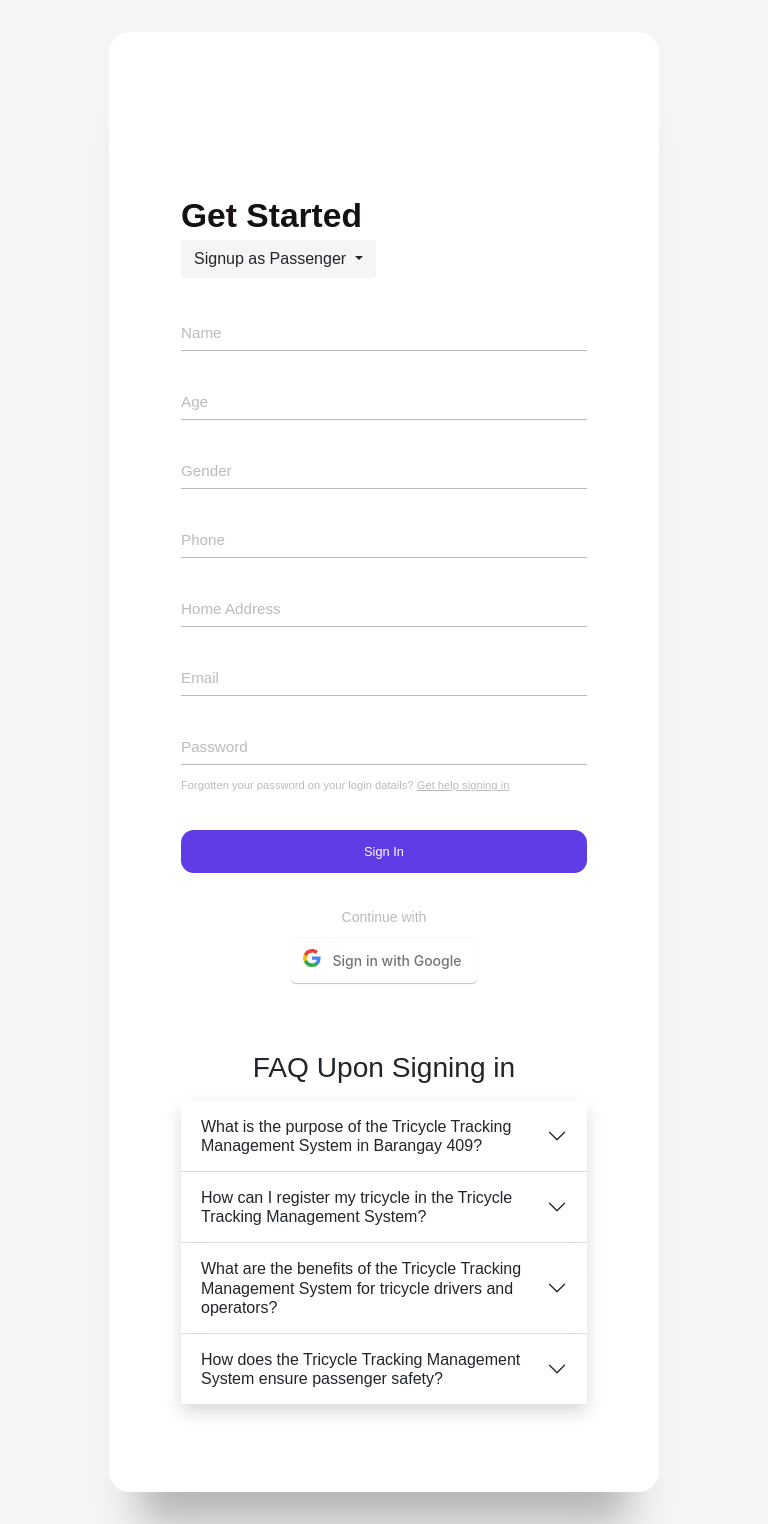
Repository: adrcstro/plate-to-place
Page: http://localhost/Loginsystem/Passenger.php
An editor plug-in stored every save of this project. The page is shown before and after the next save, followed by the edit.
The browser window is 768 px wide. The pictures show the whole page.
Some web fonts or font styles are not loaded; a fallback is used. Some web libraries are served in a nearby version. The page is run by PHP 8.4 with error messages shown; the project is at /var/www/html/.

Above is the page before, as saved 2023-10-31 15:46:45.

### Loginsystem/Passenger.php
<!DOCTYPE html>
<html lang="en">
<head>
    <meta charset="UTF-8">
    <meta name="viewport" content="width=device-width, initial-scale=1.0">
    <link rel="shortcut icon" type="x-icon" href="../images/webicon.png">
    <link rel="stylesheet" href="../css/bootstrap.min.css">
    <link rel="stylesheet" href="https://cdnjs.cloudflare.com/ajax/libs/font-awesome/6.3.0/css/all.min.css" integrity="sha512-SzlrxWUlpfuzQ+pcUCosxcglQRNAq/DZjVsC0lE40xsADsfeQoEypE+enwcOiGjk/bSuGGKHEyjSoQ1zVisanQ==" crossorigin="anonymous" referrerpolicy="no-referrer"/>
    <link rel="stylesheet" href="passenger.css">

    <title>Brangay409-3WHeel-Tracking-System</title>
</head>

<body>

<main>
      <div class="box">
        <div class="inner-box">
          <div class="forms-wrap">
            <form action="index.html" autocomplete="off" class="sign-in-form">

<script>
    function changeLoginType(type) {
        document.getElementById('loginDropdown').innerText = 'Login as ' + type;
    }
</script>
              <div class="heading">
                <h2>Get Started</h2>
                <h6>Already have an Account?</h6>
                <a href="login.php" class="loginaccount" data-target="img-2">Log in</a>
              </div>
              <div class="dropdown">
    <button class="btn dropdown-toggle" type="button" data-bs-toggle="dropdown" aria-expanded="false" id="loginDropdown">
        Signup as Passenger
    </button>
    <ul class="dropdown-menu">
        <li><a class="dropdown-item" href="Passenger.php" onclick="changeLoginType('Passenger')">Passenger</a></li>
        <li><a class="dropdown-item" href="Driverlogin.php" onclick="changeLoginType('Driver')">Driver</a></li>

    </ul>
</div>
<div class="formsignin">



              <div class="actual-form">
                <div class="input-wrap">
                  <input
                    type="text"
                    minlength="4"
                    class="input-field"
                    autocomplete="off"
                    required
                  />
                  <label>Name</label>
                </div>

                <div class="input-wrap">
                  <input
                    type="password"
                    minlength="4"
                    class="input-field"
                    autocomplete="off"
                    required
                  />
                  <label>Age</label>
                </div>

                <div class="input-wrap">
                  <input
                    type="text"
                    minlength="4"
                    class="input-field"
                    autocomplete="off"
                    required
                  />
                  <label>Gender</label>
                </div>

                <div class="input-wrap">
                  <input
                    type="text"
                    minlength="4"
                    class="input-field"
                    autocomplete="off"
                    required
                  />
                  <label>Phone</label>
                </div>
                <div class="input-wrap">
                  <input
                    type="text"
                    minlength="4"
                    class="input-field"
                    autocomplete="off"
                    required
                  />
                  <label>Home Address</label>
                </div>

                <div class="input-wrap">
                  <input
                    type="text"
                    minlength="4"
                    class="input-field"
                    autocomplete="off"
                    required
                  />
                  <label>Email</label>
                </div>
                <div class="input-wrap">
                  <input
                    type="text"
                    minlength="4"
                    class="input-field"
                    autocomplete="off"
                    required
                  />
                  <label>Password</label>
                </div>
                <p class="text">
                  Forgotten your password on your login datails?

                  <a href="Forgotpassword.php" data-target="img-2">Get help signing in</a>
                </p>
                <input type="submit" value="Sign In" class="sign-btn" />
                <h5 id="textcon">Continue with</h5>
                <button type="button" class="login-with-google-btn" >
                Sign in with Google
                 </button>
              </div>
              </div>
            </form>


          </div>
          <div class="carousel">
  <div class="images-wrapper">
    <img src="../images/Signup.svg" class="image img-2 show" alt="" />
  </div>

  <div class="col-md-12">
         <h2 class="mt-2 text-center" id="FAQ">FAQ Upon Signing in</h2>
         <div class="accordion accordion-flush p-2" id="accordionFlushExample">
          <div class="accordion-item bg-white shadow">
            <h2 class="accordion-header">
              <button class="accordion-button collapsed" type="button" data-bs-toggle="collapse" data-bs-target="#flush-collapseOne" aria-expanded="false" aria-controls="flush-collapseOne">
                What is the purpose of the Tricycle Tracking Management System in Barangay 409?
              </button>
            </h2>
            <div id="flush-collapseOne" class="accordion-collapse collapse" data-bs-parent="#accordionFlushExample">
              <div class="accordion-body">The Tricycle Tracking Management System aims to streamline tricycle operations and ensure passenger safety and efficient transportation services within the barangay.</div>
            </div>
          </div>
          <div class="accordion-item shadow">
            <h2 class="accordion-header">
              <button class="accordion-button collapsed" type="button" data-bs-toggle="collapse" data-bs-target="#flush-collapseTwo" aria-expanded="false" aria-controls="flush-collapseTwo">
                How can I register my tricycle in the Tricycle Tracking Management System?
              </button>
            </h2>
            <div id="flush-collapseTwo" class="accordion-collapse collapse" data-bs-parent="#accordionFlushExample">
              <div class="accordion-body">To register your tricycle, visit the barangay office and submit the required documents, including the tricycle's registration papers, driver's license, and other necessary permits.</div>
            </div>
          </div>
          <div class="accordion-item shadow">
            <h2 class="accordion-header">
              <button class="accordion-button collapsed" type="button" data-bs-toggle="collapse" data-bs-target="#flush-collapseThree" aria-expanded="false" aria-controls="flush-collapseThree">
                What are the benefits of the Tricycle Tracking Management System for tricycle drivers and operators?
              </button>
            </h2>
            <div id="flush-collapseThree" class="accordion-collapse collapse" data-bs-parent="#accordionFlushExample">
              <div class="accordion-body">The system provides improved transparency in fare collection, enhances security measures for both drivers and passengers, and facilitates better route planning, leading to increased efficiency and profitability for tricycle operators.
              </div>
            </div>
          </div>

          <div class="accordion-item shadow">
            <h2 class="accordion-header">
              <button class="accordion-button collapsed" type="button" data-bs-toggle="collapse" data-bs-target="#flush-collapseFour" aria-expanded="false" aria-controls="flush-collapseFour">
                How does the Tricycle Tracking Management System ensure passenger safety?
              </button>
            </h2>
            <div id="flush-collapseFour" class="accordion-collapse collapse" data-bs-parent="#accordionFlushExample">
              <div class="accordion-body">The system integrates safety measures such as  Report Management, Legal Action Provider, and driver identification features, which enable swift responses to any emergency situations during tricycle rides.</div>
            </div>
          </div>



        </div>
         </div>


</div>
        </div>
      </div>
    </main>



</body>
<script src="../js/bootstrap.bundle.js"></script>
    <script src="login.js"></script>

</html>

### Loginsystem/passenger.css
@import url("https://fonts.googleapis.com/css2?family=Poppins:wght@200;300;400;500;600;700;800&display=swap");
@import url('https://fonts.googleapis.com/css2?family=Advent+Pro:wght@200&display=swap');
@import url('https://fonts.googleapis.com/css2?family=Advent+Pro:wght@200&family=Montserrat+Alternates&display=swap');
@import url('http://fonts.googleapis.com/css?family=Open+Sans:400,700');
*,
*::before,
*::after {
  padding: 0;
  margin: 0;
  box-sizing: border-box;
}
#textcon{
  padding: 4px;
  text-align: center;
  color: #bababa;
  font-size: 14px;
}
.login-with-google-btn {
  transition: background-color .3s, box-shadow .3s;
  padding: 12px 16px 12px 42px;
  border: none;
  border-radius: 5px;
  box-shadow: 0 -1px 0 rgba(0, 0, 0, .04), 0 1px 1px rgba(0, 0, 0, .25);
  display: block;
    margin: auto;
  color: #757575;
  font-size: 14px;
  font-weight: 500;
  font-family: -apple-system,BlinkMacSystemFont,"Segoe UI",Roboto,Oxygen,Ubuntu,Cantarell,"Fira Sans","Droid Sans","Helvetica Neue",sans-serif;

  background-image: url(data:[embedded picture, 822 characters]);
  background-color: white;
  background-repeat: no-repeat;
  background-position: 12px 11px;

  &:hover {
    background-color: #f3f3f3b6;
  }

  &:active {
    background-color: #eeeeee;
  }
}
  &:focus {
    outline: none;
    box-shadow:
      0 -1px 0 rgba(0, 0, 0, .04),
      0 2px 4px rgba(0, 0, 0, .25),
      0 0 0 3px #c8dafc;
  }

.logo {
  text-align: center;
}
.logo br {
  font-size: 1px; /* Adjust the font size as per your requirement */
}
body,
input {
  font-family: 'Montserrat Alternates', sans-serif;

}
#loginDropdown{
  background-color: whitesmoke;
}

main {
  width: 100%;
  min-height: 100vh;
  overflow: hidden;
  background-color: whitesmoke;
  padding: 2rem;
  display: flex;
  align-items: center;
  justify-content: center;
}

.box {
  position: relative;
  width: 100%;
  max-width: 1020px;
  height: 1100px;
  background-color: #fff;
  border-radius: 1.3rem;
  box-shadow: 0 60px 40px -30px rgba(0, 0, 0, 0.27);
}

.inner-box {
  position: absolute;
  width: calc(100% - 4.1rem);
  height: calc(100% - 4.1rem);
  top: 50%;
  left: 50%;
  transform: translate(-50%, -50%);
}

.forms-wrap {
  position: absolute;
  height: 100%;
  width: 45%;
  top: 0;
  left: 0;
  display: grid;
  grid-template-columns: 1fr;
  grid-template-rows: 1fr;
  transition: 0.8s ease-in-out;
}

form {
  max-width: 260px;
  width: 100%;
  margin: 0 auto;
  height: 100%;
  display: flex;
  flex-direction: column;
  justify-content: space-evenly;
  grid-column: 1 / 2;
  grid-row: 1 / 2;
  transition: opacity 0.02s 0.4s;
  border: #aaa;
}

form.sign-up-form {
  opacity: 0;
  pointer-events: none;

}

.logo {
  display: flex;
  align-items: center;
}


.logo h4 {
  font-size: 1.1rem;
  margin-top: -9px;
  letter-spacing: -0.5px;
  color: #151111;
}

.heading h2 {
  font-size: 2.1rem;
  font-weight: 600;
  color: #151111;
}

.heading h6 {
  color: #bababa;
  font-weight: 400;
  font-size: 0.75rem;
  display: inline;
}

.toggle {
  color: #151111;
  text-decoration: none;
  font-size: 0.75rem;
  font-weight: 500;
  transition: 0.3s;
}

.toggle:hover {
  color: #8371fd;
}

.input-wrap {
  position: relative;
  height: 37px;
  margin-bottom: 2rem;
}

.input-field {
  position: absolute;
  width: 100%;
  height: 100%;
  background: none;
  border: none;
  outline: none;
  border-bottom: 1px solid #bbb;
  padding: 0;
  font-size: 0.95rem;
  color: #151111;
  transition: 0.4s;
}

label {
  position: absolute;
  left: 0;
  top: 50%;
  transform: translateY(-50%);
  font-size: 0.95rem;
  color: #bbb;
  pointer-events: none;
  transition: 0.4s;
}

.input-field.active {
  border-bottom-color: #151111;
}

.input-field.active + label {
  font-size: 0.75rem;
  top: -2px;
}
.logtext{
  margin-top: -1rem;
}
.sign-btn {
  display: inline-block;
  width: 100%;
  height: 43px;
  background-color: #603ce6;
  color: #fff;
  border: none;
  cursor: pointer;
  border-radius: 0.8rem;
  font-size: 0.8rem;
  margin-bottom: 2rem;
  transition: 0.3s;
}
.show {
  display: block;
}

.FAQESTION{
  margin-top: -3rem;
}



.hide {
  display: none;
}

.sign-btn:hover {
  background-color: #6a5cc4;
}

.text {
  color: #bbb;
  font-size: 0.7rem;
  transform: translateY(-20px);
}

.text a {
  color: #bbb;
  transition: 0.3s;

}




.text a:hover {
  color: #8371fd;
}

main.sign-up-mode form.sign-in-form {
  opacity: 0;
  pointer-events: none;
}

main.sign-up-mode form.sign-up-form {
  opacity: 1;
  pointer-events: all;
}

main.sign-up-mode .forms-wrap {
  left: 55%;
}

main.sign-up-mode .carousel {
  left: 0%;
}

.carousel {
  position: absolute;
  height: 100%;
  width: 55%;
  left: 45%;
  top: 0;
  background-color: white;
  border-radius: 2rem;
  display: grid;
  grid-template-rows: auto 1fr;
  padding-bottom: 2rem;
  overflow: hidden;
  transition: 0.8s ease-in-out;
}

.images-wrapper {
  display: grid;
  grid-template-columns: 1fr;
  grid-template-rows: 1fr;
}
.hide {
  display: none;
}
.image {
  width: 100%;
 height: 90%;
  grid-column: 1/2;
  grid-row: 1/2;
  opacity: 0;
  transition: opacity 0.3s, transform 0.5s;
}

.img-1 {
  transform: translate(0, -50px);
}

.img-2 {
  transform: scale(0.4, 0.5);
}

.img-3 {
  transform: scale(0.3) rotate(-20deg);
}

.image.show {
  opacity: 1;
  transform: none;
}

.text-slider {
  display: flex;
  align-items: center;
  justify-content: center;
  flex-direction: column;
margin-top: -4rem;

}

.text-wrap {
  max-height: 3.1rem;
  overflow: hidden;
  margin-bottom: 2.3rem;
}

.text-group {
  display: flex;
  flex-direction: column;
  text-align: center;
  transform: translateY(0);
  transition: 0.5s;
}

.text-group h2 {
  line-height: 2.2rem;
  font-weight: 600;
  font-size: 1.6rem;
}

.bullets {
  display: flex;
  align-items: center;
  justify-content: center;
  margin-top: -2.4rem;
}

.bullets span {
  display: block;
  width: 0.5rem;
  height: 0.5rem;
  background-color: #aaa;
  margin: 0 0.25rem;
  border-radius: 50%;
  cursor: pointer;
  transition: 0.3s;
}
.dropdown{
  position: relative; /* or any other position value that suits your layout */
  top: 1.5rem;
}
.actual-form{
  margin-top: -6rem;
}
.bullets span.active {
  width: 1.1rem;
  background-color: #151111;
  border-radius: 1rem;
}
.actual-form{
  margin-top: 20px;
  }
  .col-md-12{
    margin-top: -4rem;
  }

  .sign-in-form{
    margin-top: -4rem;
  }
.formsignin{
  margin-top: -3rem;
}
.sign-in-form{
  margin-bottom: 4rem;
}

.loginaccount{
  color: #151111;
  text-decoration: none;
  font-size: 0.75rem;
  font-weight: 500;
  transition: 0.3s;
}
.loginaccount:hover{
  color: #8371fd;
}

.heading{
  position: relative; /* or any other position value that suits your layout */
  top: 5rem;
}






@media (max-width: 850px) {
  .box {
    height: auto;
    max-width: 550px;
    overflow: hidden;
  }

  .inner-box {
    position: static;
    transform: none;
    width: revert;
    height: revert;
    padding: 2rem;
  }

  .forms-wrap {
    position: revert;
    width: 100%;
    height: auto;
  }

  form {
    max-width: revert;
    padding: 1.5rem 2.5rem 2rem;
    transition: transform 0.8s ease-in-out, opacity 0.45s linear;
  }

  .heading {
    margin: 2rem 0;
  }

  form.sign-up-form {
    transform: translateX(100%);
  }

  main.sign-up-mode form.sign-in-form {
    transform: translateX(-100%);
  }

  main.sign-up-mode form.sign-up-form {
    transform: translateX(0%);
  }

  .carousel {
    position: revert;
    height: auto;
    width: 100%;
    padding: 3rem 2rem;
    display: flex;
  }

  .images-wrapper {
    display: none;
  }

  .text-slider {
    width: 100%;
  }

  .text-slider{
    margin-top: 3rem;
}
.actual-form{
margin-top: 2rem;
}
.col-md-12{
  margin-top: -3rem;
}
.dropdown{
  margin-top: -1rem;
}
.sign-in-form{
  margin-top: -1rem;
}

.formsignin{
  margin-top: 1rem;
}


}

@media (max-width: 528px) {
  main {
    padding: 1rem;
  }

  .box {
    border-radius: 2rem;
  }

  .inner-box {
    padding: 1rem;
  }

  .carousel {
    padding: 1.5rem 1rem;
    border-radius: 1.6rem;
  }

  .text-wrap {
    margin-bottom: 1rem;
  }

  .text-group h2 {
    font-size: 1.2rem;
  }

  form {
    padding: 1rem 2rem 1.5rem;
  }

  .bullets{
    margin-top: -1rem;
}
.col-md-12{
  margin-top: 1rem;
}


}








@media (max-width: 390px) {
    .text-slider{
        margin-top: 2rem;
    }

}

### Loginsystem/login.js
const inputs = document.querySelectorAll(".input-field");
const toggle_btn = document.querySelectorAll(".toggle");
const main = document.querySelector("main");
const bullets = document.querySelectorAll(".bullets span");
const images = document.querySelectorAll(".image");

inputs.forEach((inp) => {
  inp.addEventListener("focus", () => {
    inp.classList.add("active");
  });
  inp.addEventListener("blur", () => {
    if (inp.value != "") return;
    inp.classList.remove("active");
  });
});

toggle_btn.forEach((btn) => {
  btn.addEventListener("click", () => {
    main.classList.toggle("sign-up-mode");
  });
});

function moveSlider() {
  let index = this.dataset.value;

  let currentImage = document.querySelector(`.img-${index}`);
  images.forEach((img) => img.classList.remove("show"));
  currentImage.classList.add("show");

  const textSlider = document.querySelector(".text-group");
  textSlider.style.transform = `translateY(${-(index - 1) * 2.2}rem)`;

  bullets.forEach((bull) => bull.classList.remove("active"));
  this.classList.add("active");
}

bullets.forEach((bullet) => {
  bullet.addEventListener("click", moveSlider);
});

document.addEventListener('DOMContentLoaded', function () {
  const toggleLinks = document.querySelectorAll('.toggle');
  toggleLinks.forEach(function(toggleLink) {
    toggleLink.addEventListener('click', function (event) {
      event.preventDefault();
      const targetId = toggleLink.getAttribute('data-target');
      const textSlider = document.querySelector('.text-group');
      if (targetId === 'img-1') {
        const targetText = 'Get Started';
        textSlider.innerHTML = `<h2>${targetText}</h2>`;
      } else if (targetId === 'img-2') {
        const targetText = 'Join us';
        textSlider.innerHTML = `<h2>${targetText}</h2>`;
      }
    });
  });
});

Loaded but not shown: css/bootstrap.min.css (library); js/bootstrap.bundle.js (library); Images/Signup.svg (1 lines, source omitted)

After the next save:
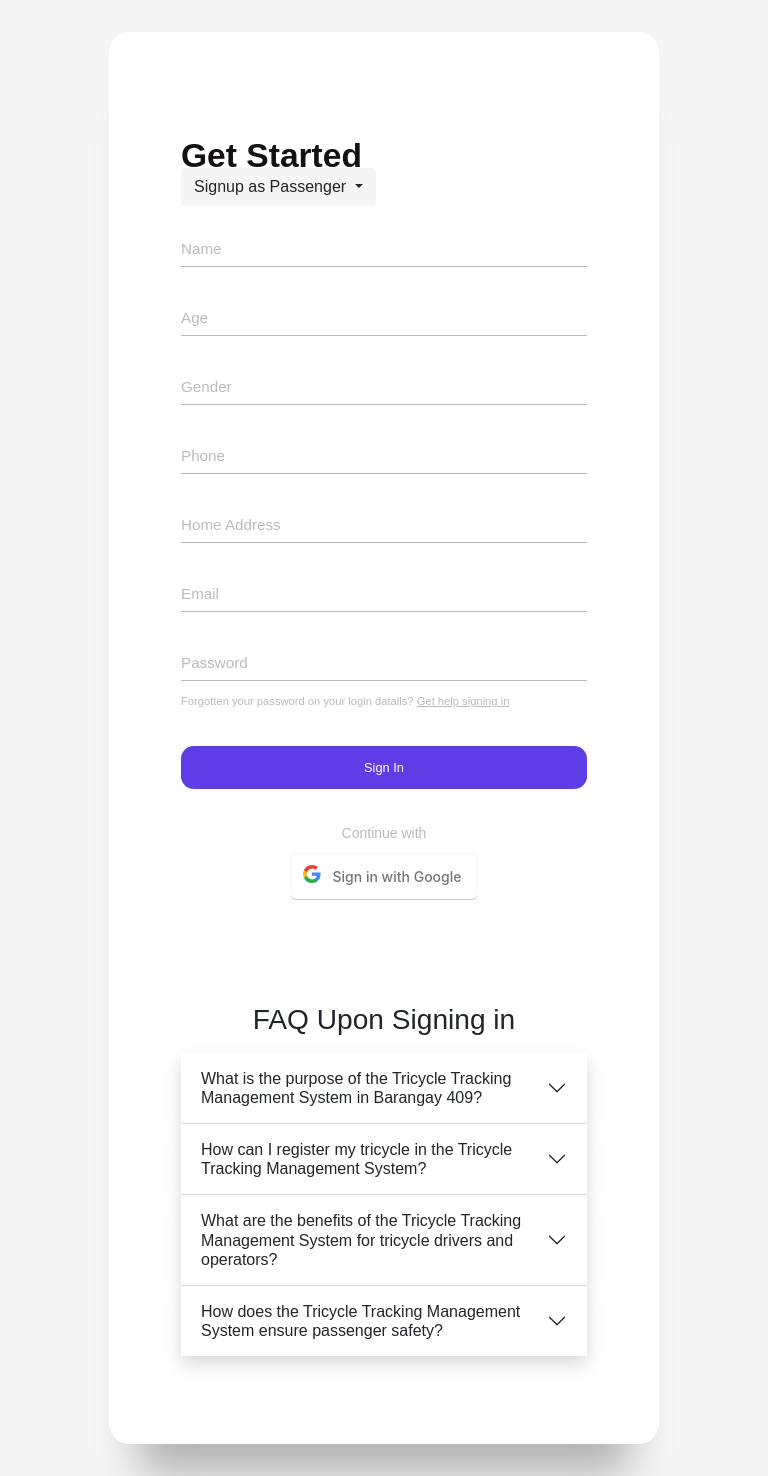
Saved 69 s later.
--- a/Loginsystem/passenger.css
+++ b/Loginsystem/passenger.css
@@ -491,7 +491,7 @@ margin-top: 2rem;
   margin-top: -1rem;
 }
 .sign-in-form{
-  margin-top: -1rem;
+  margin-top: -4rem;
 }
 
 .formsignin{
